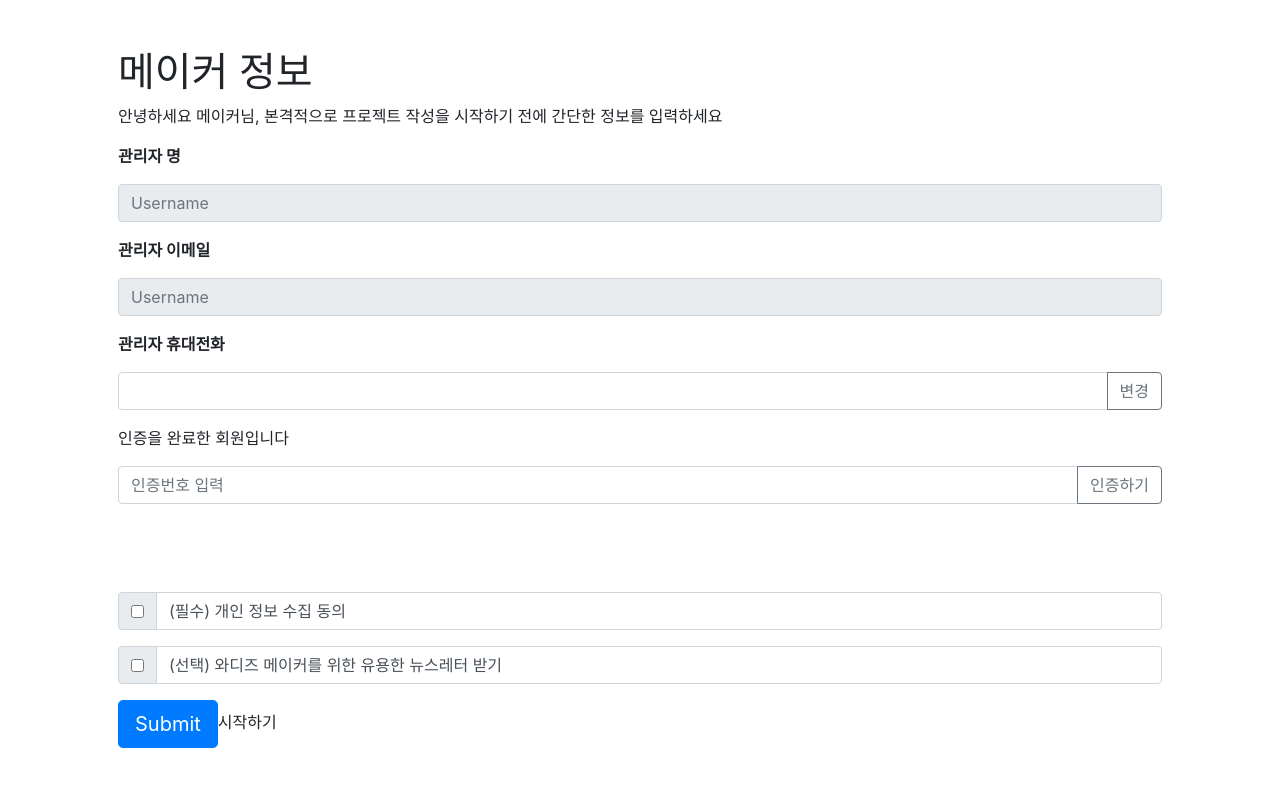
Repository: KIMJOOYEON97/springStudy
Page: http://localhost/interact_funding/WEB-INF/views/maker/fundingStart1.jsp
These files come from the project's save history. The page is drawn as it stood at one moment and after the next save; the edit follows.
The browser window is 1280 px wide. The pictures show the whole page.
The page is served by Tomcat 9. Nobody is signed in. Other server files are loaded and not shown. The template is opened directly, without the code that normally fills it, so the values that code supplies are empty.

Above is the page before, as saved 2021-06-07 09:03:18.
Console error: ReferenceError: $ is not defined

### interact_funding/src/main/webapp/WEB-INF/views/maker/fundingStart1.jsp
<%@ page language="java" contentType="text/html; charset=UTF-8"
    pageEncoding="UTF-8"%>
<%@ taglib prefix="c" uri="http://java.sun.com/jsp/jstl/core"%>
<%@ taglib prefix="fmt" uri="http://java.sun.com/jsp/jstl/fmt"%>
<%@ taglib prefix="fn" uri="http://java.sun.com/jsp/jstl/functions"%>
<!DOCTYPE html>
<html lang="en">
<head>
    <meta charset="UTF-8">
    <meta http-equiv="X-UA-Compatible" content="IE=edge">
    <meta name="viewport" content="width=device-width, initial-scale=1.0">
    <title>Start1 | IF Maker Studio</title>
    <link rel="stylesheet" href="https://maxcdn.bootstrapcdn.com/bootstrap/4.0.0/css/bootstrap.min.css" integrity="sha384-Gn5384xqQ1aoWXA+058RXPxPg6fy4IWvTNh0E263XmFcJlSAwiGgFAW/dAiS6JXm" crossorigin="anonymous">
</head>
<body>
    <section>
    <form id="start1makerInfoInsertForm">
        <div class ="container p-5">
            <h1>메이커 정보</h1>
            <p>안녕하세요 메이커님, 본격적으로 프로젝트 작성을 시작하기 전에 간단한 정보를 입력하세요</p>

            <p class="font-weight-bold">관리자 명</p>
            <div class="input-group mb-3">
                  <!-- 회원정보를 받아와서 value에 회원의 이름을 넣을 것 -->
                <input type="text" name="makerName" id ="makerName" class="form-control" placeholder="Username" aria-label="Username" aria-describedby="basic-addon1" readonly>
            </div>

            <p class="font-weight-bold">관리자 이메일</p>
            <div class="input-group mb-3">
                <!-- 회원정보를 받아와서 value에 회원의 이메일을 넣을 것 -->
              <input type="text" name="makerEmail" id="makerEmail" class="form-control" placeholder="Username" aria-label="Username" aria-describedby="basic-addon1" readonly>
            </div>

            <p class="font-weight-bold">관리자 휴대전화</p>
            <!-- 인증을 완료했을 경우 -->
            <div class="input-group mb-3">
                <!-- 여기서 휴대전화 인증하는 걸로. 회원정보를 받아와서 value에 휴대전화 번호를 넣을 것(X) -->
                <input type="text" name="makerPhone" id="makerPhone" class="form-control" aria-label="Recipient's username" aria-describedby="button-addon2">
                <div class="input-group-append">
                    <!-- 변경을 클릭하면 인증하기로 바뀔 것 | 인증하기를 클릭하면 재전송으로 바뀔것 -->
                    <button class="btn btn-outline-secondary" type="button" id="button-addon2">변경</button>
                </div>
            </div>
            <p class="font-weight-normal">인증을 완료한 회원입니다</p>


            <!-- 인증하기를 클릭해서 인증할 경우 -->
            <div class="input-group mb-3">
                <input type="text" class="form-control" placeholder="인증번호 입력" aria-label="Recipient's username" aria-describedby="basic-addon2">
                <div class="input-group-append">
                  <button class="btn btn-outline-secondary" type="button">인증하기</button>
                </div>
            </div>


            <br><br><br>
            <div class="input-group mb-3">
                <div class="input-group-prepend">
                    <div class="input-group-text">
                        <input type="checkbox" value aria-label="Checkbox for following text input">
                    </div>
                </div>
                <label type="text" class="form-control" aria-label="Text input with checkbox">(필수) 개인 정보 수집 동의
            </div>
            <div class="input-group mb-3">
                <div class="input-group-prepend ">
                    <div class="input-group-text ">
                        <input type="checkbox"  aria-label="Checkbox for following text input">
                    </div>
                </div>
                <label type="text" class="form-control" aria-label="Text input with checkbox" >(선택) 와디즈 메이커를 위한 유용한 뉴스레터 받기
            </div>
            <input type="submit" class="btn btn-primary btn-lg">시작하기</button>
        </div>
    </form>
    </section>
 <script>
	$("#start1makerInfoInsertForm").submit(e =>{
		e.preventDefault(); //폼제출 방지
		const $frm = $(e.target);
		const name = $frm.find("[name=makerName]").val();
		const email = $frm.find("[id=makerEmail]").val();
		const phone = $frm.find("[name=makerPhone]").val();

		const makerInfo ={
			name,
			email,
			phone
		};

		console.log(makerInfo);

		$.ajax({
			url:"${pageContext.request.contextPath}/maker/insertMakerInfo",
			data: JSON.stringify(makerInfo),
			contentType: "application/json; charset=utf-8",
			method: "POST",
			success(data){
				console.log(data);
				const {msg} = data;
				alert(msg);
			},
			error: console.log,
			complete(){
				e.target.reset(); //폼초기화
				}
			});

	});
 </script>
</body>
</html>

After the next save:
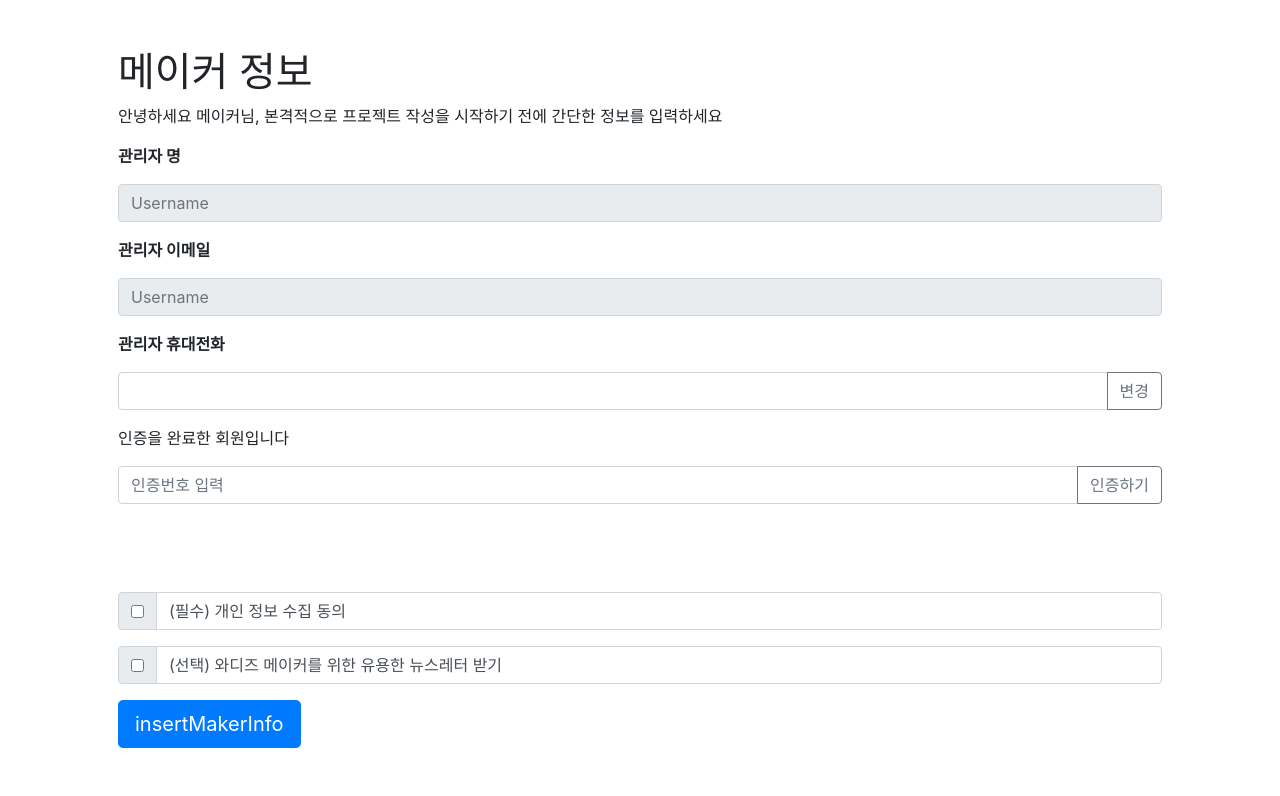
Saved 97 s later.
--- a/interact_funding/src/main/webapp/WEB-INF/views/maker/fundingStart1.jsp
+++ b/interact_funding/src/main/webapp/WEB-INF/views/maker/fundingStart1.jsp
@@ -70,7 +70,7 @@
                 </div>
                 <label type="text" class="form-control" aria-label="Text input with checkbox" >(선택) 와디즈 메이커를 위한 유용한 뉴스레터 받기
             </div>
-            <input type="submit" class="btn btn-primary btn-lg">시작하기</button>
+            <input type="submit" class="btn btn-primary btn-lg" value="insertMakerInfo"/>
         </div>
     </form>
     </section>
